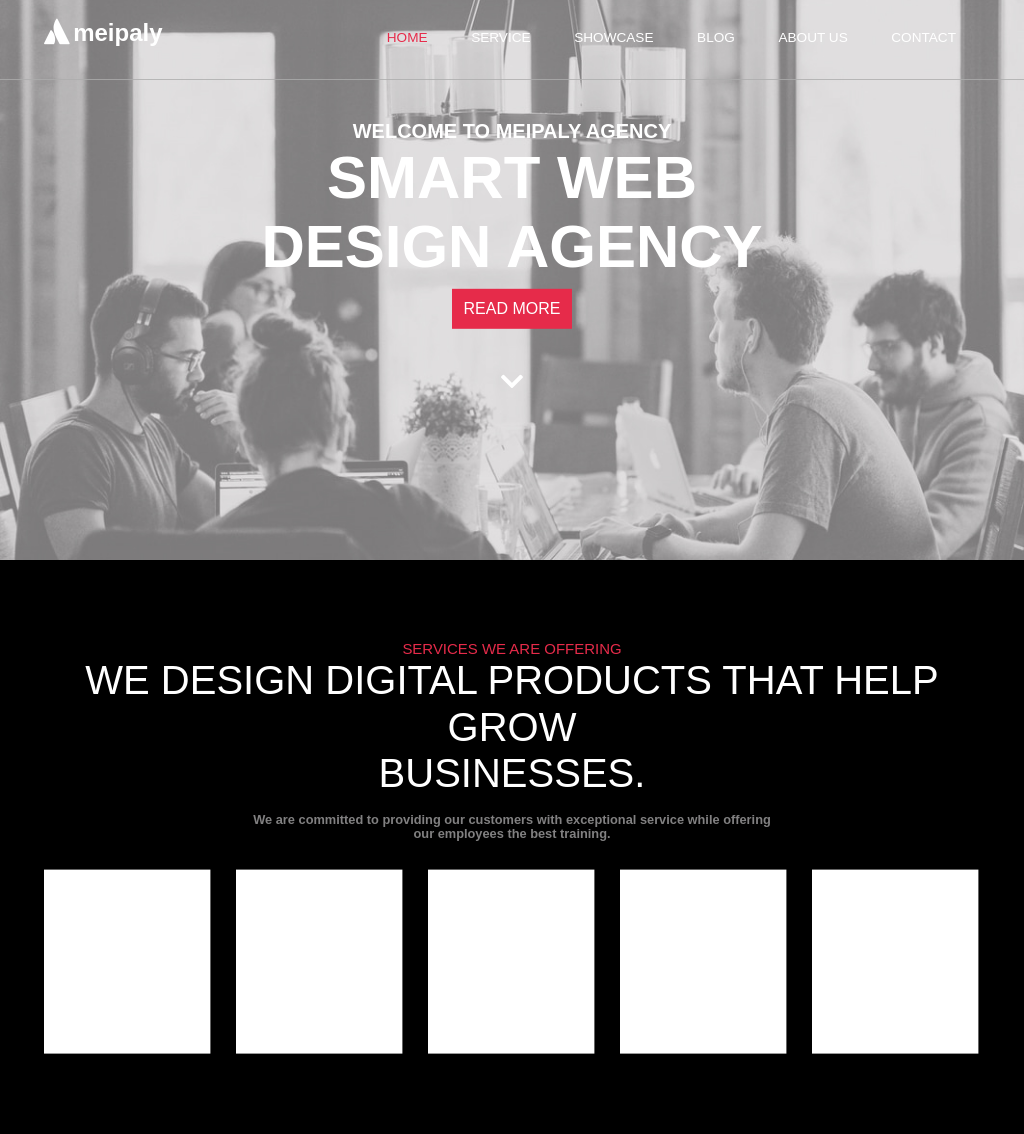
Repository: ToanNguyenThai/Meipaly
Page: index.html
These files come from the project's save history. The page is drawn as it stood at one moment and after a run of saves; the edit follows.
The browser window is 1280 px wide. The pictures show the whole page, at 80% of full size.

Above is the page before, as saved 2021-12-04 16:10:59.

### index.html
<!DOCTYPE html>
<html lang="en">

<head>
    <meta charset="UTF-8">
    <meta http-equiv="X-UA-Compatible" content="IE=edge">
    <meta name="viewport" content="width=device-width, initial-scale=1.0">
    <link rel="stylesheet" href="https://cdnjs.cloudflare.com/ajax/libs/font-awesome/5.15.4/css/all.min.css" />

    <link rel="stylesheet" href="owlcarousel/assets/owl.carousel.min.css">
    <link rel="stylesheet" href="owlcarousel/assets/owl.theme.default.min.css">
    <script src="https://code.jquery.com/jquery-3.6.0.min.js"></script>
    <script src="owlcarousel/owl.carousel.min.js"></script>

    <title>Meipaly</title>
    <link rel="stylesheet" href="/css/style.css">
</head>

<body>
    <header>
        <div class="header__content">
            <div class="header__logo">
                <a href="#">
                    <i class="fab fa-atlassian fa-2x"></i>
                    <span>meipaly</span>
                </a>
            </div>
            <nav>
                <ul>
                    <li class="active">
                        <a href="#">home</a>
                    </li>
                    <li>
                        <a href="#">service</a>
                    </li>
                    <li>
                        <a href="#">showcase</a>
                    </li>
                    <li>
                        <a href="#">blog</a>
                    </li>
                    <li>
                        <a href="#">about us</a>
                    </li>
                    <li>
                        <a href="#">contact</a>
                    </li>
                </ul>
            </nav>
        </div>
    </header>
    <section class="carousel">
        <div class="carousel__content">
            <h3>WELCOME TO MEIPALY AGENCY</h3>
            <h1>SMART WEB</h1>
            <h1>DESIGN AGENCY</h1>
            <div class="btn-area">
                <button>READ MORE</button>
            </div>
            <div class="scroll__arrow">
                <i class="fas fa-chevron-down fa-2x"></i>
            </div>

        </div>

    </section>

    <script>
        $(document).ready(function () {
            $('.owl-carousel').owlCarousel({
                autoplay: true,
                autoplayTimeout: 2000,
                autoplayHoverPause: true,
                loop: true,
                dots: true ,// if you don't want dots, change to false
                dotsEach: true,
                margin: 30,
                responsiveClass: true,
                responsive: {
                    0: {

                        items: 1
                    },
                    1000: {
                        items: 3,
                    },
                    1217: {
                        items: 5
                    }
                }
            })
        });
    </script>

    <section class="service">
        <div class="service__content">
            <h3>SERVICES WE ARE OFFERING</h3>
            <h1>WE DESIGN DIGITAL PRODUCTS THAT HELP GROW <br> BUSINESSES.</h1>
            <p>We are committed to providing our customers with exceptional service while offering <br>
                our employees the best training.</p>
            <div class="service__carousel">
                <div class="owl-carousel owl-theme">
                    <div class="carousel__item"></div>
                    <div class="carousel__item"></div>
                    <div class="carousel__item"></div>
                    <div class="carousel__item"></div>
                    <div class="carousel__item"></div>

                </div>

            </div>

        </div>


    </section>
</body>

</html>

### css/style.css
*{
    box-sizing: border-box;
    margin: 0;
    padding: 0;
    font-family: "Oswald", sans-serif;
    text-decoration: none;
}
header {
    width: 100%;
    height: 100px;
    position: absolute;
    border-bottom: 1px solid #adadad;
}
header .header__content{
    width: 100%;
    max-width: 1170px;
    margin: 0 auto;
    display: flex;
    justify-content: space-between;
    align-items: center;
}
.header__logo{
    margin-top: 23px;
}
.header__logo a{
    text-decoration: none;
    color: white;
}
.header__logo a span{
    font-size: 30px;
    font-weight: 700;
}
.header__content nav ul li{
    list-style-type: none;
    display: inline-block;
    text-transform: uppercase;
    font-size: 17px;
    margin-top: 35px;
    margin-left: 20px;
    margin-right: 30px;
}
.header__content nav ul li.active a{
    color : #e62b4a;
}
.header__content nav ul li a{
    color: white;
    transition: all 0.5s;
}
.header__content nav ul li a:hover{
    color : #e62b4a;
}

.carousel{
    height: 700px;
    background-image: url("../img/home_slider.jpg");
    background-size: cover;
    background-position: center;
    display: flex;
    justify-content: center;
}
.carousel__content{
    margin-top: 150px;
}
.carousel__content h1, .carousel__content h3{
    text-align: center;
    color: white;
}
.carousel__content h1{
    font-size: 75px;
}

.carousel__content h3{
    font-size: 25px;
}
.carousel__content .btn-area{
    margin-top: 10px;
    display: flex;
    justify-content: center;
}
.carousel__content .btn-area button{
    width: 150px;
    height: 50px;
    font-size: 20px;
    background-color: #e62b4a;
    outline: none;
    border : none;
    color: white;
    cursor: pointer;
    transition: all 0.5s;
}

.carousel__content .btn-area button:hover{
    filter: grayscale(30%);
}
.carousel__content .scroll__arrow{
    display: flex;
    justify-content: center;
    margin-top: 50px;
}
.carousel__content .scroll__arrow i{
    color: white;
}
.service{
    width: 100%;
    height: 100%;
    height: 717.6px;
    background-color: black;
    display: flex;
    justify-content: center;
    align-items: center;
}
.service__content{
    margin: 0 auto;
    width: 100%;
    max-width: 1170px;
}
.service__content h3, .service__content h1, .service__content p{
    text-align: center;

}

.service__content h3{
    color: #e62b4a;
    font-weight: normal;
}
.service__content h1{
    font-size: 50px;
    font-weight: normal;
    color: white;
}
.service__content p{
    color: #818081;
    font-weight: 600;
    margin-top: 20px;
}

.service__carousel{
    margin: 0 auto;
    margin-top: 35px;
    width: 100%;
    max-width: 1170px;
}
.carousel__item{
    width: 208px;
    height: 230px;
    background-color: #fff;
}
.owl-dots  {
    display: block;
}

Loaded but not shown: owlcarousel/assets/owl.carousel.min.css (library); owlcarousel/assets/owl.theme.default.min.css (common file); owlcarousel/owl.carousel.min.js (library)

After the next 2 saves:
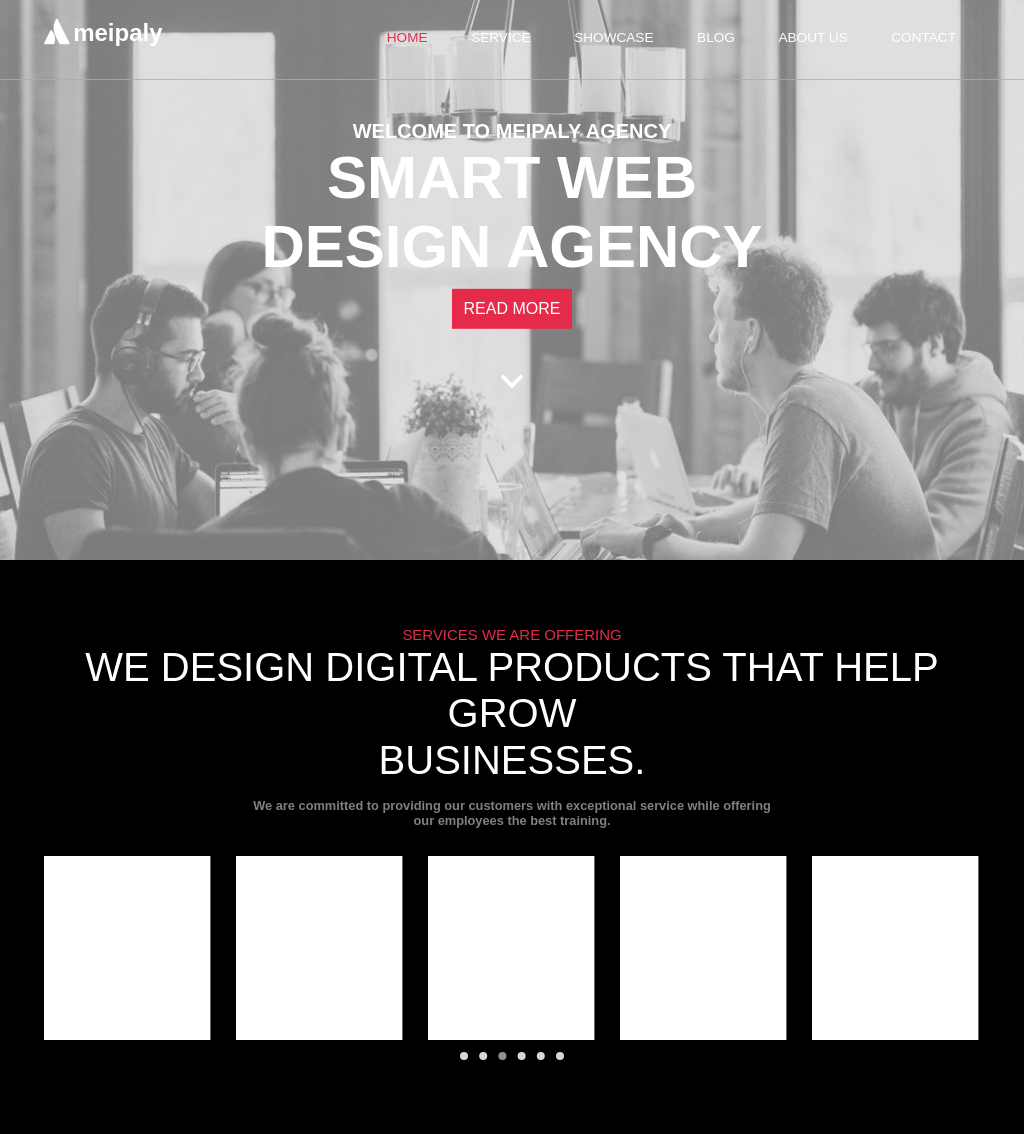
The 2 saves are shown as one change because they came seconds apart.
The last was saved 7 s later.
--- a/index.html
+++ b/index.html
@@ -105,6 +105,7 @@
                     <div class="carousel__item"></div>
                     <div class="carousel__item"></div>
                     <div class="carousel__item"></div>
+                    <div class="carousel__item"></div>
 
                 </div>
 
